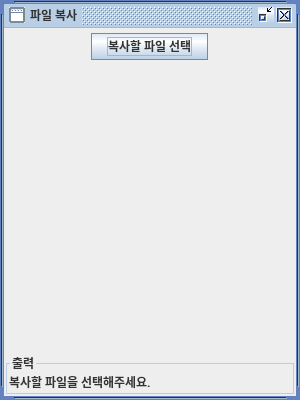
Repository: YeongKing/sist_3_TSK
Program's window: java java_se/src/day0207/FileCopy2.java
The author's editor kept a copy of each file at every save. The program's window is drawn from the files as they stood at one save, then again after the next save.
It runs on Java 21 on a 1366 x 768 screen with the Metal look.

Above is the program's window before, as saved 2024-02-07 07:04:02.

### java_se/src/day0207/FileCopy2.java
package day0207;

import java.awt.FileDialog;
import java.awt.event.ActionEvent;
import java.awt.event.ActionListener;
import java.io.BufferedWriter;
import java.io.File;
import java.io.FileInputStream;
import java.io.FileOutputStream;
import java.io.FileWriter;
import java.io.IOException;

import javax.swing.JButton;
import javax.swing.JFrame;
import javax.swing.JLabel;
import javax.swing.JOptionPane;
import javax.swing.JPanel;
import javax.swing.border.TitledBorder;

/**
 *
 *
 *
 *
 */

public class FileCopy2 extends JFrame implements ActionListener {

	/**
	 *
	 */
	private static final long serialVersionUID = 1L;

	private JLabel jlOutPut;

	public FileCopy2() {
		super("파일 복사");

		JButton jbtnCopy = new JButton("복사할 파일 선택");
		jlOutPut = new JLabel("복사할 파일을 선택해주세요.");
		JPanel jpCenter = new JPanel();
		jpCenter.add(jbtnCopy);

		jlOutPut.setBorder(new TitledBorder("출력"));

		add("Center", jpCenter);
		add("South", jlOutPut);

		jbtnCopy.addActionListener(this);

		setBounds(100, 100, 300, 400);
		setVisible(true);
		setDefaultCloseOperation(JFrame.EXIT_ON_CLOSE);

	}// FileCopy

	public void fileCopy() {
		// 원본파일명 얻기
		FileDialog fdOpen = new FileDialog(this, "복사할 파일 선택", FileDialog.LOAD);

		fdOpen.setVisible(true);

		File fileOrigin = new File(fdOpen.getDirectory() + fdOpen.getFile());

		if (fdOpen.getDirectory() == null) {
			return;
		}

		if (!fileOrigin.exists()) {

			JOptionPane.showMessageDialog(this, "파일이 존재하지 않습니다.");
			return;
		} // end if

		// 복사할 파일명을 생성 : 원본파일명_bak.확장자 => a.txt => a_bak.txt

		StringBuilder tempFileName = new StringBuilder(fileOrigin.getAbsolutePath());
		tempFileName.insert(tempFileName.lastIndexOf("."), "_bak");

		File fileCopy = new File(tempFileName.toString());

		//N-I/O를 사용한 복사

		jlOutPut.setText(fileCopy.getName() + "파일명으로 복사가 되었습니다.");

	}

	@Override
	public void actionPerformed(ActionEvent ae) {

		fileCopy();

	}// actionPerformed

	public static void main(String[] args) {
		new FileCopy2();
	}// main
}// class

After the next save:
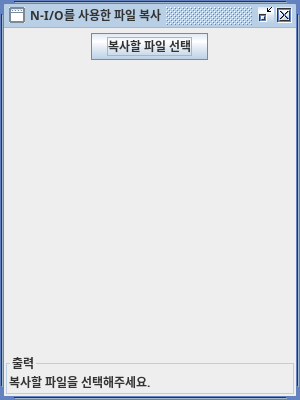
Saved 12 s later.
--- a/java_se/src/day0207/FileCopy2.java
+++ b/java_se/src/day0207/FileCopy2.java
@@ -34,7 +34,7 @@
 	private JLabel jlOutPut;
 
 	public FileCopy2() {
-		super("파일 복사");
+		super("N-I/O를 사용한 파일 복사");
 
 		JButton jbtnCopy = new JButton("복사할 파일 선택");
 		jlOutPut = new JLabel("복사할 파일을 선택해주세요.");
